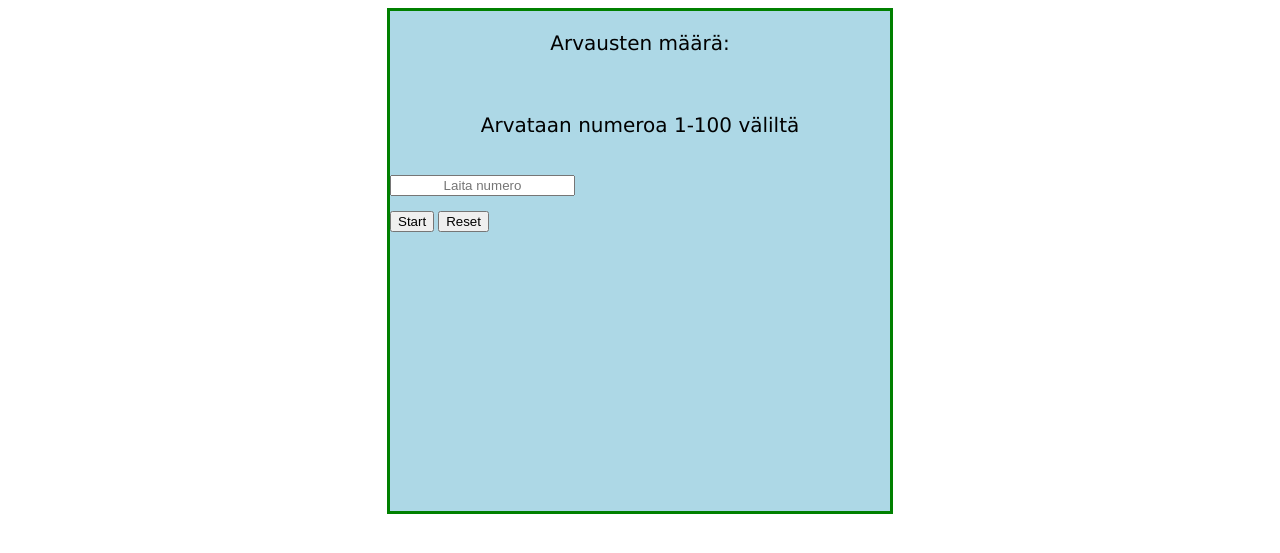
Repository: VadimZubchenko/numeronarvouspeli_JS
Page: public/index.html
An editor plug-in stored every save of this project. The page is shown before and after the next save, followed by the edit.
The browser window is 1280 px wide. The pictures show the whole page.

Above is the page before, as saved 2022-04-26 08:09:55.

After the next save:
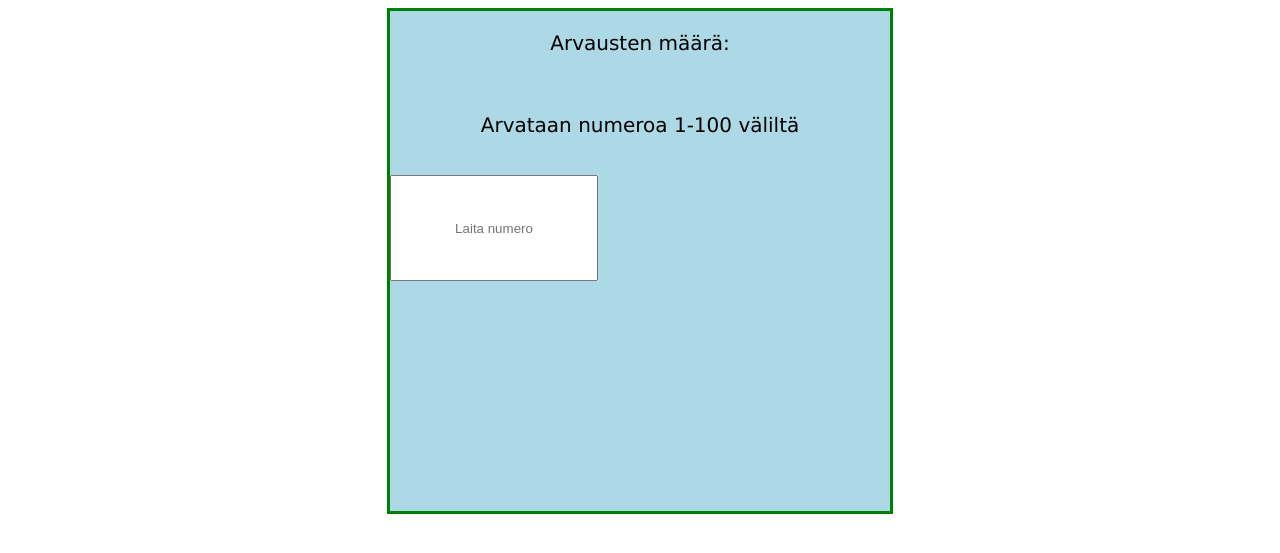
Saved 33 s later.
--- a/public/mystyle.css
+++ b/public/mystyle.css
@@ -9,6 +9,8 @@ div{
   background-color: lightblue;
 }
 input {
+  height: 100px;
+  width: 200px;
   color: black;
   text-align: center;
   position: absolute;
